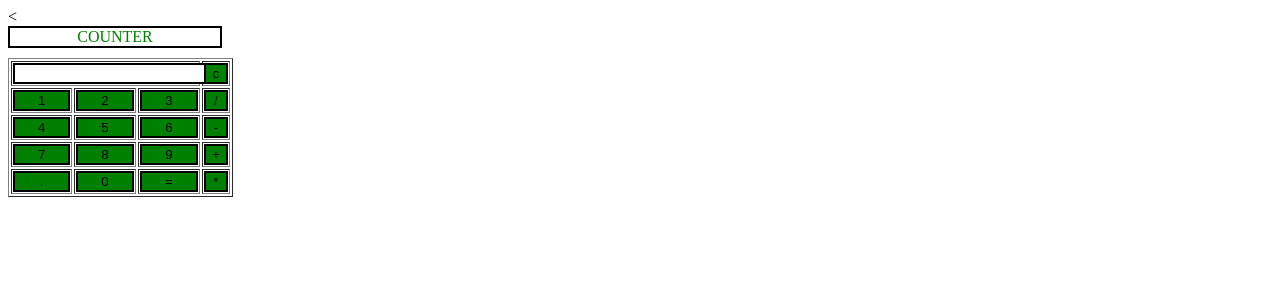
Repository: Seryozha02/Calculator
Page: calculator.html
An editor plug-in stored every save of this project. The page is shown before and after the next save, followed by the edit.
The browser window is 1280 px wide. The pictures show the whole page.

Above is the page before, as saved 2022-02-14 16:47:33.

### calculator.html
<!DOCTYPE html>
<html lang="en">
<head>
    <meta charset="UTF-8">
    <meta http-equiv="X-UA-Compatible" content="IE=edge">
    <meta name="viewport" content="width=4, initial-scale=1.0">
    <link rel="stylesheet" href="./calculator.css">
    <title>Calculator</title>
</head>
<body>
 <<div class = title > COUNTER</div>
 <table border="1">
    <tr>
       <td colspan="3"><input type="text" id="result"/></td>
       <td><input type="button" value="c" onclick="clr()"/> </td>
    </tr>
    <tr>

       <td><input type="button" value="1" onclick="dis('1')"/> </td>
       <td><input type="button" value="2" onclick="dis('2')"/> </td>
       <td><input type="button" value="3" onclick="dis('3')"/> </td>
       <td><input type="button" value="/" onclick="dis('/')"/> </td>
    </tr>
    <tr>
       <td><input type="button" value="4" onclick="dis('4')"/> </td>
       <td><input type="button" value="5" onclick="dis('5')"/> </td>
       <td><input type="button" value="6" onclick="dis('6')"/> </td>
       <td><input type="button" value="-" onclick="dis('-')"/> </td>
    </tr>
    <tr>
       <td><input type="button" value="7" onclick="dis('7')"/> </td>
       <td><input type="button" value="8" onclick="dis('8')"/> </td>
       <td><input type="button" value="9" onclick="dis('9')"/> </td>
       <td><input type="button" value="+" onclick="dis('+')"/> </td>
    </tr>
    <tr>
       <td><input type="button" value="." onclick="dis('.')"/> </td>
       <td><input type="button" value="0" onclick="dis('0')"/> </td>
       <!-- solve function call function solve to evaluate value -->
       <td><input type="button" value="=" onclick="solve()"/> </td>
       <td><input type="button" value="*" onclick="dis('*')"/> </td>
    </tr>
 </table>
</body>
    <script src="./calculator.js"></script>
</body>
</html>

### calculator.css
.title{
    margin-bottom: 10px;
    text-align:center;
    width: 210px;
    color:green;
    border: solid black 2px;
    }

    input[type="button"]
    {
    background-color:green;
    color: black;
    border: solid black 2px;
    width:100%
    }

    input[type="text"]
    {
    background-color:white;
    border: solid black 2px;
    width:100%
    }

Loaded but not shown: calculator.js (no copy from this time; the picture is the same without it)

After the next save:
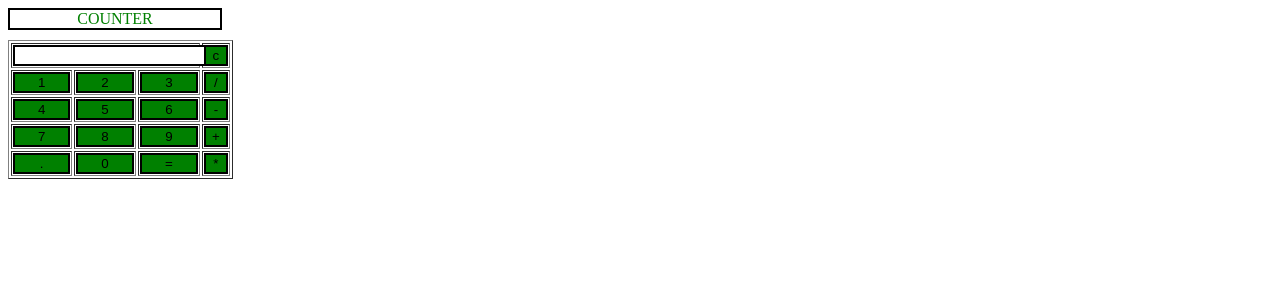
Saved 4 s later.
--- a/calculator.html
+++ b/calculator.html
@@ -8,7 +8,7 @@
     <title>Calculator</title>
 </head>
 <body>
- <<div class = title > COUNTER</div>
+ <div class = title > COUNTER</div>
  <table border="1">
     <tr>
        <td colspan="3"><input type="text" id="result"/></td>
